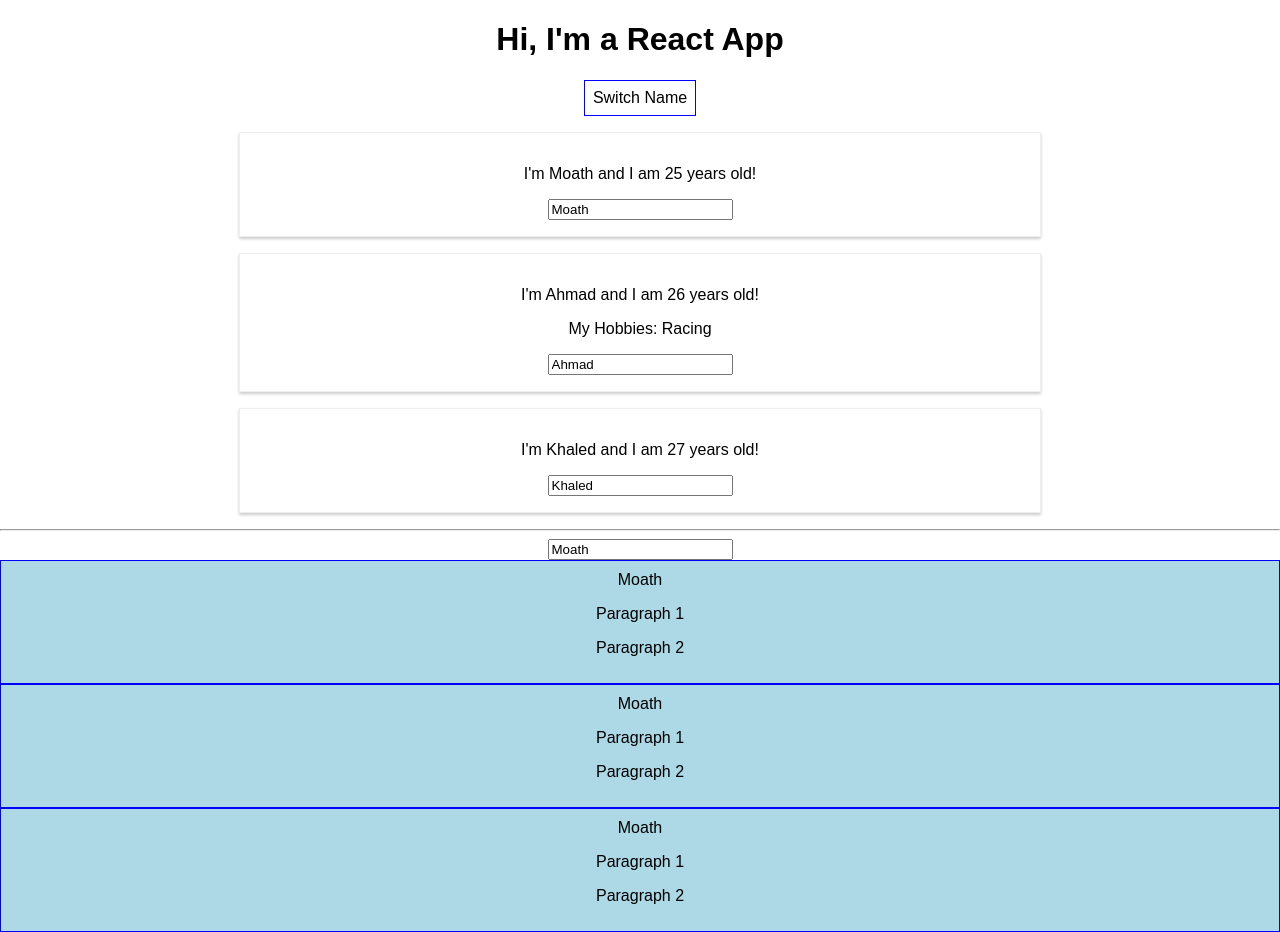
Repository: MuathYHKefayah/React-Basics
Page: /
The author's editor kept a copy of each file at every save. The page is drawn from the files as they stood at one save, then again after the next save.
The browser window is 1280 px wide. The pictures show the whole page.
The project was rebuilt for these pictures with package versions that can differ from the ones it lists, and the page was loaded fresh each time.

Above is the page before, as saved 2020-12-12 10:13:53.

### src/App.js
import React, { Component } from 'react';
import './App.css';
import Person from './Person/Person';
import UserInput from './UserInput/UserInput';
import UserOutput from './UserOutput/UserOutput';

class App extends Component {
  state = {
     persons: [
       { name:'Moath', age: 25},
       { name:'Ahmad', age: 26},
       { name:'Khaled', age: 27},
     ],
     username: "Moath"
  }

  switchNameHandler  = (newName, newAge) => {
    //Don't Do This: this.state.persons[0].name = "Max";
    this.setState({
      persons: [
        { name:newName, age: 25},
        { name:'Ahmad', age: 26},
        { name:'Khaled', age: newAge},
      ]
    })
  }

  nameChangedHandler = (event) => {
    this.setState({
      persons: [
        { name:'Moath', age: 25},
        { name: event.target.value, age: 26},
        { name:'Khaled', age: 27},
      ]
    })
  }

  usernameChangedHandelr = (event) => {
    this.setState({
      username: event.target.value
    })
  }

  render() {
    const style = {
      backgroundColor: 'white',
      font: 'inherit',
      border: '1px solid blue',
      padding: '8px',
      cursor: 'pointer'
    };

    return (
      // jsx \\ write html code in js file
      <div className="App">
        <h1>Hi, I'm a React App</h1>
        <button
          style={style}
          onClick={() => this.switchNameHandler('Moath!!', 30)}>Switch Name</button>
        <Person name={this.state.persons[0].name} age={this.state.persons[0].age}/>
        <Person
          name={this.state.persons[1].name}
          age={this.state.persons[1].age}
          click={this.switchNameHandler.bind(this, 'Moath!', 40)}
          changed={this.nameChangedHandler}
          >My Hobbies: Racing</Person>
        <Person name={this.state.persons[2].name} age={this.state.persons[2].age}/>
        <hr/>
        <UserInput
          name={this.state.username}
          changed={this.usernameChangedHandelr}/>

        <UserOutput name={this.state.username}/>
        <UserOutput name={this.state.username}/>
        <UserOutput name={this.state.username}/>

      </div>
    );
    //return React.createElement('div', {className: 'App'} , React.createElement('h1', null , 'Hi, I\'m a React App !!!' ))
  }
}

export default App;

### src/Person/Person.js
import React from 'react';
import './Person.css';

const person = (props) => {
    return (
        <div className="Person">
            <p onClick={props.click}>I'm {props.name} and I am {props.age} years old!</p>
            <p>{props.children}</p>
            <input type="text" onChange={props.changed} value={props.name}/>
        </div>
    )
};

export default person;

### src/UserInput/UserInput.js
import React, { Component } from 'react';


class UserInput extends Component{
    render(){
        return(
            <div className="UserInput">
                <input
                    type="text"
                    onChange={this.props.changed}
                    value={this.props.name}/>
            </div>

        );
    }
}

export default UserInput;

### src/UserOutput/UserOutput.js
import React, { Component } from 'react';
import './UserOutput.css'

class UserOutput extends Component {
    render(){
        return(
            <div className="UserOutput">
                {this.props.name}
                <p>Paragraph 1</p>
                <p>Paragraph 2</p>
            </div>
        );
    }
}

export default UserOutput;

### src/UserOutput/UserOutput.css
.UserOutput{
    border: 1px solid blue;
    padding: 10px;
    background-color: lightblue;
    margin: auto;
}

Loaded but not shown: public/index.html (common file); src/index.js (common file); src/index.css (common file); src/registerServiceWorker.js (common file); src/App.css (common file); src/Person/Person.css (common file)

After the next save:
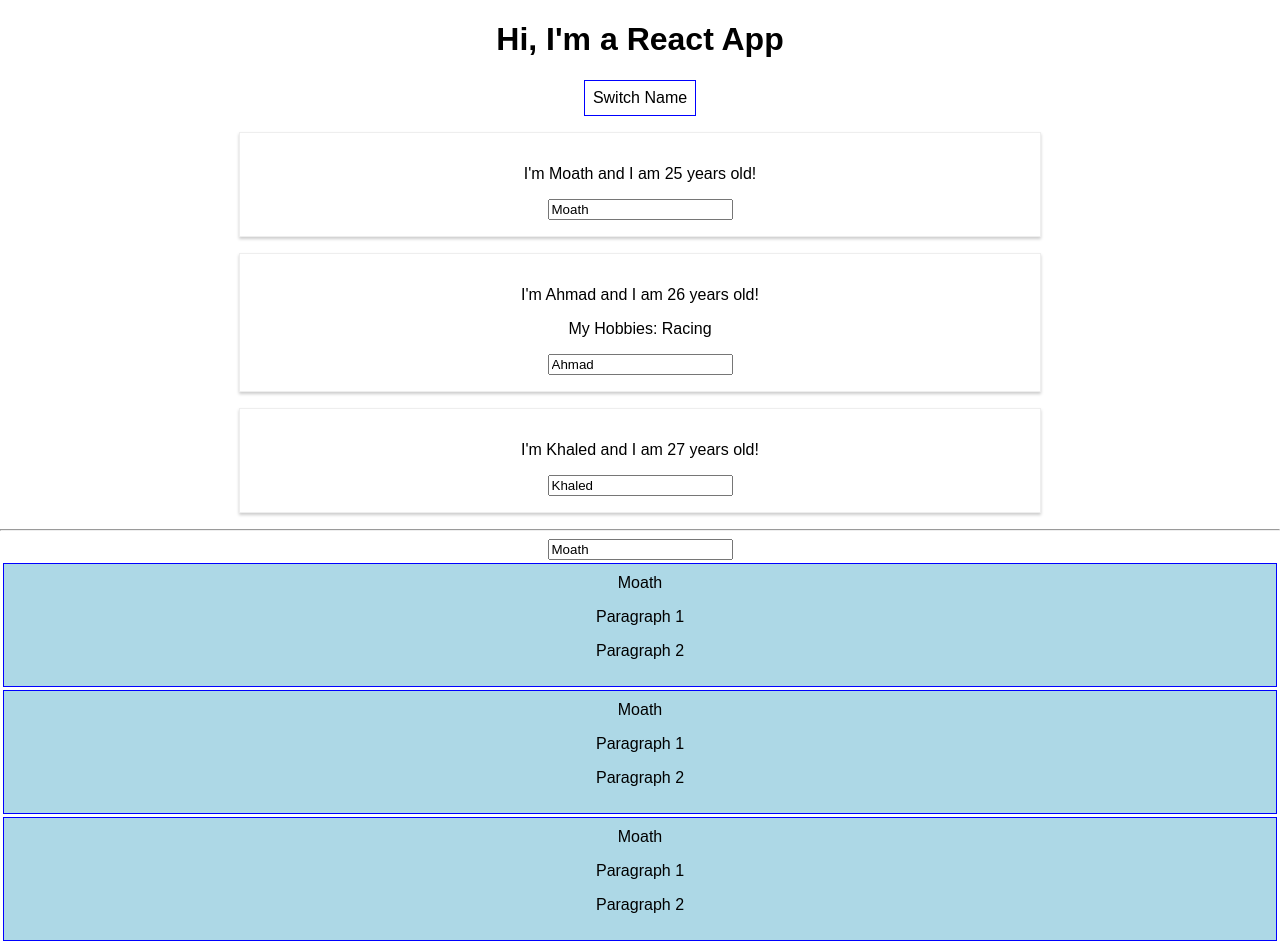
Saved 6 s later.
--- a/src/UserOutput/UserOutput.css
+++ b/src/UserOutput/UserOutput.css
@@ -2,5 +2,5 @@
     border: 1px solid blue;
     padding: 10px;
     background-color: lightblue;
-    margin: auto;
+    margin: 3px;
 }
